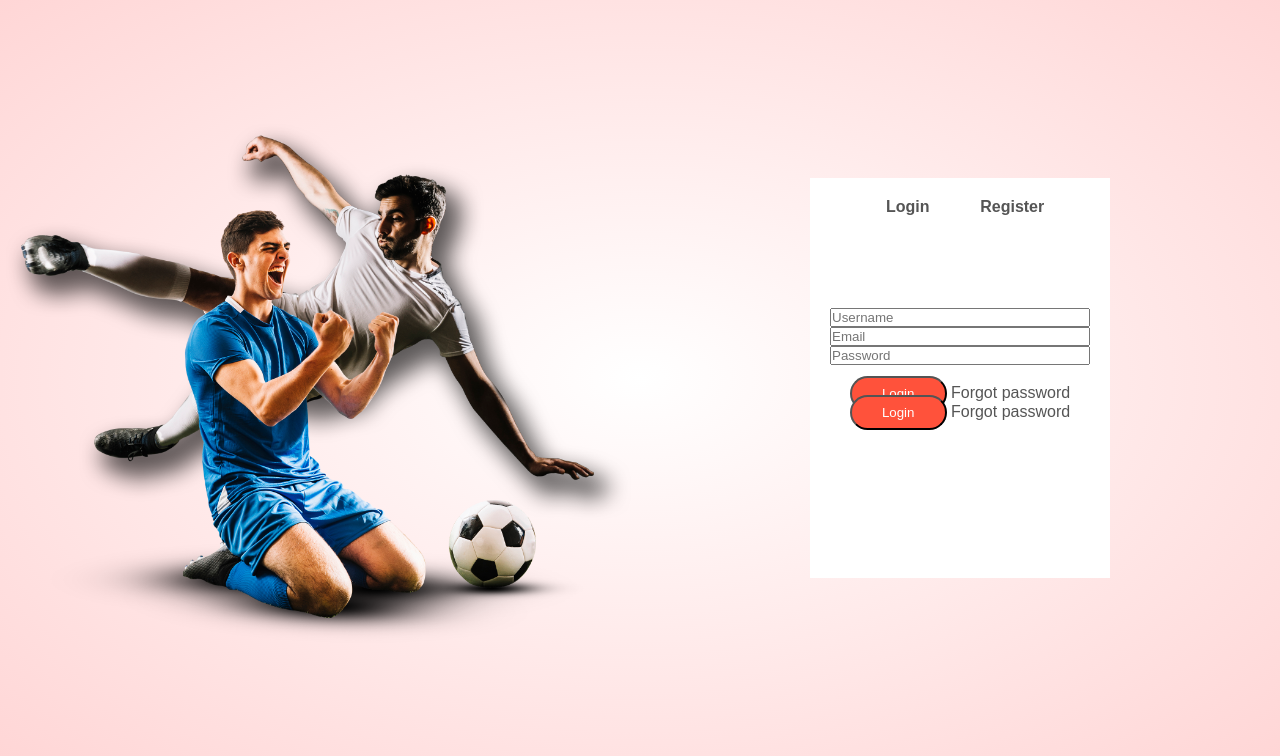
Repository: ritikalohia/tepid-frontend
Page: account.html
These files come from the project's save history. The page is drawn as it stood at one moment and after a run of saves; the edit follows.
The browser window is 1280 px wide. The pictures show the whole page.

Above is the page before, as saved 2021-06-09 12:29:53.

### account.html
<!DOCTYPE html>
<html lang="en">
<head>
    <meta charset="UTF-8">
    <meta http-equiv="X-UA-Compatible" content="IE=edge">
    <meta name="viewport" content="width=device-width, initial-scale=1.0">
    <link rel="stylesheet" href="style.css">
    <title>Document</title>
</head>
<body>
    <!---account page------>
    <div class="account-page">
        <div class="row">
            <div class="col-2">
                <img src="images/image1.png" width="100%" alt="">
            </div>
            <div class="col-2">
                <div class="form-container">
                    <div class="form-btn">
                        <span>Login</span>
                        <span>Register</span>
                    </div>
                    <form>
                        <input type="text" placeholder="Username">
                        <input type="password" placeholder="Password">
                        <button type="submit" class="btn">Login</button>
                        <a href=""> Forgot password</a>
                    </form>

                    <form>
                        <input type="text" placeholder="Username">
                        <input type="email" placeholder="Email">
                        <input type="password" placeholder="Password">
                        <button type="submit" class="btn">Login</button>
                        <a href=""> Forgot password</a>
                    </form>
                </div>
            </div>

        </div>
    </div>


</body>
</html>

### style.css


*{
    margin: 0;
    padding: 0;
    box-sizing: border-box;
}

body{
    font-family: 'Poppins', sans-serif;
}

.navbar{
    display: flex;
    align-items: center;
    padding: 20px;
}

nav{
    flex: 1;
    text-align: right;
}

nav ul{
    display: inline-block;
    list-style-type: none;
}

nav ul li{
    display: inline-block;
    margin-right: 20px;
}

a{
    text-decoration: none;
    color: #555;
}

p{
    color: #555;
}

.container{
    max-width: 1300px;
    margin: auto;
    padding-left: 25px;
    padding-right: 25px;
}

.row{
    display: flex;
    align-items: center;
    flex-wrap: wrap;
    justify-content: space-around;
}

.col-2{
    flex-basis: 50%;
    min-width: 300px;
}

.col-2 img{
    max-width:100%;
    padding: 50px 0;
}

.col-2 h1{
    font-size: 50px;
    line-height: 60px;
    margin: 25px 0;
}

.btn{
    display: inline-block;
    background: #ff523b;
    color: #fff;
    margin: 30px 0;
    padding: 8px 30px;
    border-radius: 30px;
    transition: background 0.5s;
}

.btn:hover{
     background: #563434;
}

.header{
    background: radial-gradient(#fff, #ffd6d6);
}

.header .row{
    margin-top: 70px;
}

.categories{
    margin: 70px 0;
}

.col-3{
    flex-basis: 30%;
    min-width: 250px;
    margin-bottom: 30px;
}

.col-3 img{
    width: 100%;
}

.small-container{
    max-width: 1080px;
    margin: auto;
    padding-right: 25px;
    padding-left: 25px;
}

.col-4{
    flex-basis: 25%;
    padding: 10px;
    min-width: 200px;
    margin-bottom: 50px;
    transition: transform 0.5s;
}

.col-4 img{
    width: 100%;
}

.title{
    text-align: center;
    margin: 0 auto 80px;
    position: relative;
    line-height: 60px;
    color: #555;
}

.title::after{
    content: '';
    background: #ff523b;
    width: 80px;
    height: 5px;
    border-radius: 5px;
    position: absolute;
    bottom: 0;
    left: 50%;
    transform: translateX(-50%);
}

.title h4{
    color: #555;
    font-weight: normal;
}

.col-4 p{
    font-size: 14px;
}

.rating .fa{
    color: #ff523b;
}

.col-4:hover{
    transform: translateY(-5px);
}

/*----offer----*/
.offer{
    background: radial-gradient(#fff, #ffd6d6);
    margin-top: 80px;
    padding: 30px 0;
}

.col-2 .offer-img{
    padding: 50px;
}

small{
    color: #555;
}

/*Testimonial*/

.testimonial .col-3{
    text-align: center;
    padding: 40px 20px;
    box-shadow: 0 0 20px 0px rgba(0, 0, 0, 0.1);
    cursor: pointer;
    transition: transform 0.5s;
}

.testimonial .col-3 img{
    width: 50px;
    margin-top: 20px;
    border-radius: 50%;
}

.testimonial .col-3:hover{
    transform: translateY(-10px);
}

.fa.fa-qoute-left{
    font-size: 34px;
    color: #ff523b;
}

.col-3 p{
    font-size: 12px;
    margin: 12px 0;
    color: #777;
}

.testimonial .col-4 h3{
    font-weight: 600;
    color:#555;
    font-size: 16px;
}

/*-----------brands--------------*/
.brands{
    margin: 100px auto;
}

.col-5{
    width: 160px;
}

.col-5 img{
    width: 100%;
    cursor: pointer;
    filter: grayscale(100%);
}

.col-5 img:hover{
    filter: grayscale(0);
}


/*-------------footer---------------*/

.footer{
    background: #000;
    color: #8a8a8a;
    font-size: 14px;
    padding: 60px 0 20px;
}

.footer p {
    color: #8a8a8a;
}

.footer h3{
    color: #fff;
    margin-bottom: 20px;
}

.footer-col-1, .footer-col-2, .footer-col-3, .footer-col-4{
    min-width: 250px;
    margin-bottom: 20px;
}

.footer-col-1{
    flex-basis: 30%;
}

.footer-col-2{
    flex: 1;
    text-align: center;
}

.footer-col-2 img{
    width: 180px;
    margin: 20px;
}

.footer-col-3, .footer-col-4{
    flex-basis: 12%;
    text-align: center;
}

ul{
    list-style-type: none;
}

.app-logo{
    margin-top: 20px;
}

.app-logo img{
    width: 140px;
}

.footer hr{
    border: none;
    background: #b5b5b5;
    margin: 20px 0;
    height: 1px;
}

.copyright{
     text-align: center;
}

.menu-icon{
    width: 28px;
    margin-left: 20px;
    display: none;
}


/*-------------media query-------------*/
@media only screen and (max-width:800px){
    nav ul{
        position: absolute;
        top: 70px;
        left: 0;
        background: #333;
        width: 100%;
        overflow: hidden;
        transition: max-height 0.5s;
    }

    nav ul li{
        display: block;
        margin-right: 50px;
        margin-top: 10px;
        margin-bottom: 10px;
    }

    nav ul li a{
        color: #fff;
    }

    .menu-icon{
        display: block;
        cursor: pointer;
    }
}

/* media query for less than 600 screen size */
@media only screen and (max-width:600px){
    .row{
        text-align: center;
    }

    .col-2, .col-3, .col-4{
        flex-basis: 100%;
    }
}




/*  all products page  */
.row-2{
    justify-content: space-between;
    margin: 100px auto 50px;
}

select{
    border: 1px solid #ff523b;
    padding: 5px;
}

select:focus{
    outline: none;
}

.page-btn{
    margin: 0 auto 80px;
}

.page-btn span{
    display: inline-block;
    border: 1px solid #ff523b;
    margin-left: 10px;
    width: 40px;
    height: 40px;
    text-align: center;
    line-height: 40px;
    cursor: pointer;
}


.page-btn span:hover{
    background: #ff523b;
    color: #fff;
}



/*--------Product page---------*/
.single-product{
    margin-top: 80px;
}

.single-product .col-2 img{
    padding: 0;
}

.single-product .col-2{
    padding: 20px;
}

.single-product h4{
    margin: 20px 0;
    font-size: 22px;
    font-weight: bold;
}

.single-product select{
    display: block;
    padding: 10px;
    margin-top: 20px;
}

.single-product input{
    width: 50px;
    height: 40px;
    padding-left: 10px;
    font-size: 20px;
    margin-right: 10px;
    border: 1px solid #ff523b;
}

input:focus{
    outline: none;
}

.single-product .fa{
    color: #ff523b;
    margin-left:  10px;
}

.small-img-row{
    display: flex;
    justify-content: space-around;
}

.small-img-col{
    flex-basis: 24%;
    cursor: pointer;
}

@media only screen and (max-width:600px){

    .single-product{
        text-align: left;
    }

    .single-product .col-2{
        padding: 20px 0;
    }
    .single-product h1{
        font-size: 26px;
        line-height: 22px;
    }
}


/*-------cart items------*/
.cart-page{
    margin: 80px auto;
}

table{
    width: 100%;
    border-collapse: collapse;
}

.cart-info{
    display: flex;
    flex-wrap: wrap;
}

th{
    text-align: left;
    padding: 5px;
    color: #fff;
    background: #ff523b;
    font-weight: normal;
}

td{
    padding: 10px 5px;
}

td input{
    width: 40px;
    height: 30px;
    padding: 5px;
}

td a{
    color: #ff523b;
    font-size: 12px;
}

td img{
    width: 80px;
    height: 80px;
    margin-right: 10px;
}

.total-price{
    display: flex;
    justify-content: flex-end;
}

.total-price table{
    border-top: 3px solid #ff523b;
    width: 100%;
    max-width: 400px;
}

td:last-child{
    text-align: right;
}

th:last-child{
    text-align: right;
}

@media only screen and (max-width:600px){
    .cart-info p{
        display: none;
    }
}



/* account page */
.account-page{
    padding: 50px 0;
    background: radial-gradient(#fff, #ffd6d6);
}

.form-container{
    background: #fff;
    width: 300px;
    height: 400px;
    position: relative;
    text-align: center;
    padding: 20px 0;
    margin: auto;
    box-shadow:  0 0 20 0 rgba(0, 0, 0, 0.1);
}

.form-container span{
    font-weight: bold;
    padding: 0 10px;
    color: #555;
    cursor: pointer;
    width: 100px;
    display: inline-block;
}

.form-btn{
   display: inline-block;
}

.form-container form{
    max-width: 300px;
    padding: 0 20px;
    position: absolute;
    top: 130px;
}

form input{
    width: 100%;
    height: ;
}

After the next 2 saves:
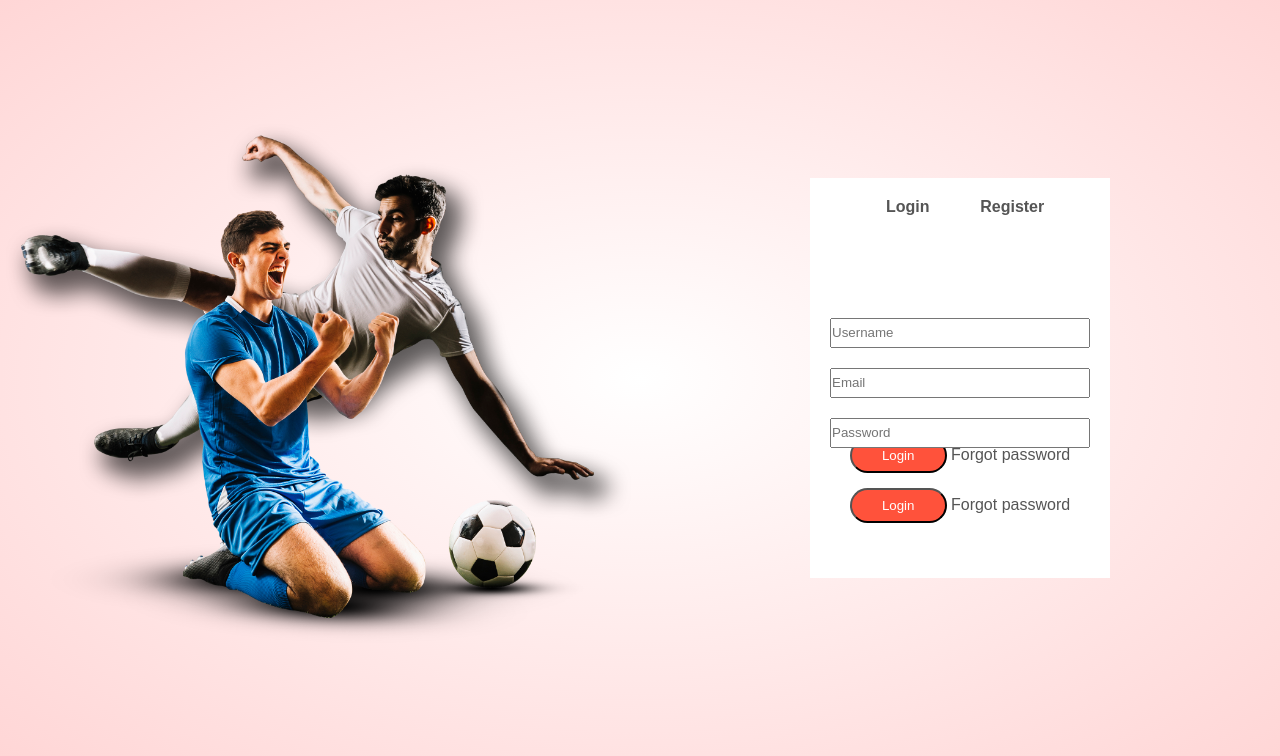
The 2 saves are shown as one change because they came seconds apart.
The last was saved 8 s later.
--- a/style.css
+++ b/style.css
@@ -566,5 +566,6 @@ th:last-child{
 
 form input{
     width: 100%;
-    height: ;
-}
+    height: 30px;
+    margin: 10px 0 ;
+}
